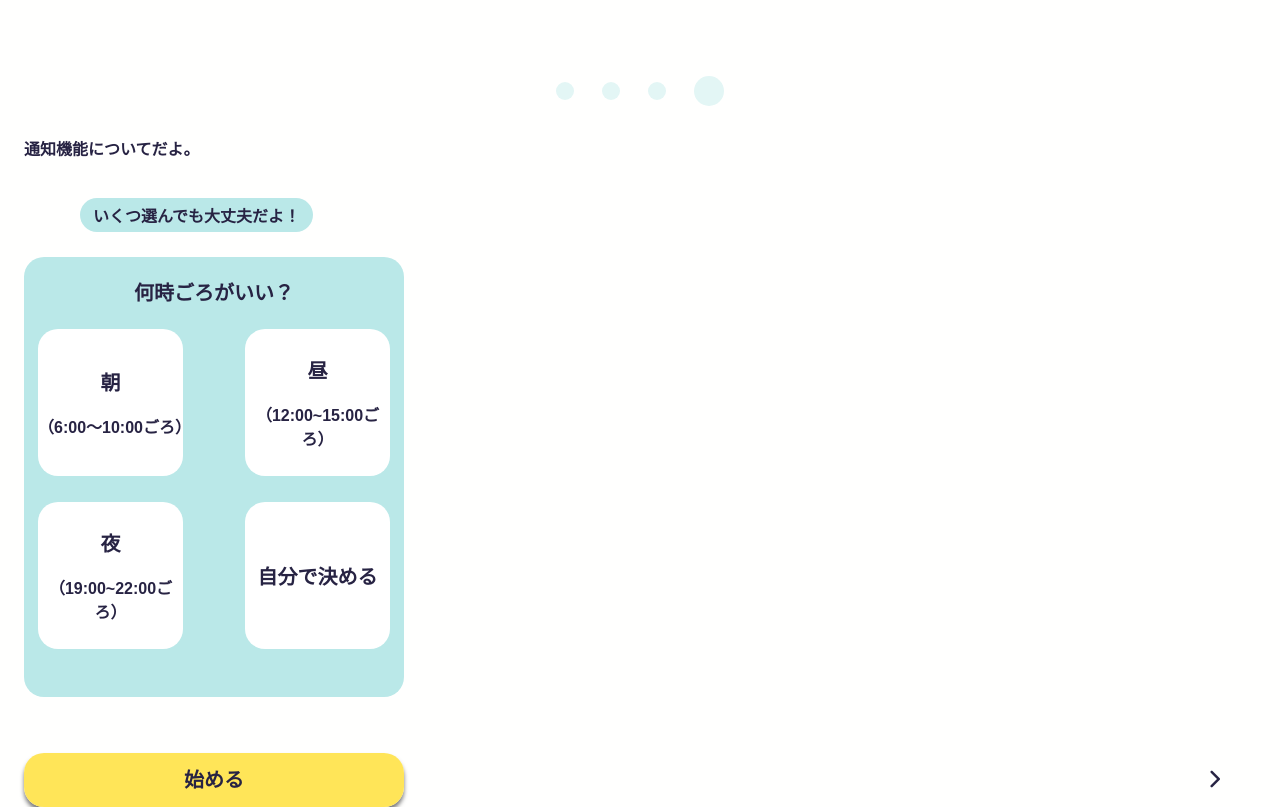
Repository: misaki0919/Self-care
Page: notice.html
An editor plug-in stored every save of this project. The page is shown before and after the next save, followed by the edit.
The browser window is 1280 px wide. The pictures show the whole page.
Some web fonts or font styles are not loaded; a fallback is used.

Above is the page before, as saved 2026-07-20 18:34:33.

### notice.html
<!DOCTYPE html>
<html lang="jp">
<head>
    <meta charset="UTF-8">
    <meta name="viewport" content="width=device-width, initial-scale=1.0">
    <title>通知画面</title>
    <link rel="stylesheet" href="css/ress.css">
    <link href="css/notice.css" rel="stylesheet">
    <link rel="preconnect" href="https://fonts.googleapis.com">
    <link rel="preconnect" href="https://fonts.gstatic.com" crossorigin>
    <link href="https://fonts.googleapis.com/css2?family=Archivo+Black&family=Noto+Serif+JP:wght@200..900&family=Zen+Maru+Gothic&display=swap" rel="stylesheet">

</head>
<body>
    <div class="circle_wrap">
        <div class="circle"></div>
        <div class="circle"></div>
        <div class="circle"></div>
        <div class="diffrent_circle"></div>
    </div>
    <p class="function zen-maru-gothic-regular">通知機能についてだよ。</p>
    <p class="choose zen-maru-gothic-regular">いくつ選んでも大丈夫だよ！</p>
    <div class="wrap">
        <p class="time zen-maru-gothic-regular">何時ごろがいい？</p>
        <ul class="zen-maru-gothic-regular">
            <li>
                <input type="checkbox" id="todo1">
                <label for="todo1">
                朝
                <span><br>（6:00〜10:00ごろ）</span>
                </label>
            </li>
            <li>
                <input type="checkbox" id="todo2">
                <label for="todo2">
                昼
                <span><br>（12:00~15:00ごろ）</span>
                </label>
            </li>
            <li>
                <input type="checkbox" id="todo3">
                <label for="todo3">
                夜
                <span><br>（19:00~22:00ごろ）</span>
                </label>
            </li>
            <li>
                <input type="checkbox" id="todo4">
                <label for="todo4">
                <a href="self.html">自分で決める</a>
                </label>
            </li>
        </ul>
    </div>
    <div class="images-wrap">
        <a href="home_page.html" class="next zen-maru-gothic-regular">始める</a>
        <img class="images" src="images/next.png" alt="画像">
    </div>
</body>
</html>

### css/ress.css
html{-webkit-text-size-adjust:100%;box-sizing:border-box;-moz-tab-size:4;tab-size:4;word-break:normal}*,:after,:before{background-repeat:no-repeat;box-sizing:inherit}:after,:before{text-decoration:inherit;vertical-align:inherit}*{margin:0;padding:0}hr{color:inherit;height:0;overflow:visible}details,main{display:block}summary{display:list-item}small{font-size:80%}[hidden]{display:none}abbr[title]{border-bottom:none;text-decoration:underline;text-decoration:underline dotted}a{background-color:transparent}a:active,a:hover{outline-width:0}code,kbd,pre,samp{font-family:monospace,monospace}pre{font-size:1em}b,strong{font-weight:bolder}sub,sup{font-size:75%;line-height:0;position:relative;vertical-align:baseline}sub{bottom:-.25em}sup{top:-.5em}table{border-color:inherit;text-indent:0}iframe{border-style:none}input{border-radius:0}[type=number]::-webkit-inner-spin-button,[type=number]::-webkit-outer-spin-button{height:auto}[type=search]{-webkit-appearance:textfield;outline-offset:-2px}[type=search]::-webkit-search-decoration{-webkit-appearance:none}textarea{overflow:auto;resize:vertical}button,input,optgroup,select,textarea{font:inherit}optgroup{font-weight:700}button{overflow:visible}button,select{text-transform:none}[role=button],[type=button],[type=reset],[type=submit],button{cursor:pointer}[type=button]::-moz-focus-inner,[type=reset]::-moz-focus-inner,[type=submit]::-moz-focus-inner,button::-moz-focus-inner{border-style:none;padding:0}[type=button]::-moz-focus-inner,[type=reset]::-moz-focus-inner,[type=submit]::-moz-focus-inner,button:-moz-focusring{outline:1px dotted ButtonText}[type=reset],[type=submit],button,html [type=button]{-webkit-appearance:button}button,input,select,textarea{background-color:transparent;border-style:none}a:focus,button:focus,input:focus,select:focus,textarea:focus{outline-width:0}select{-moz-appearance:none;-webkit-appearance:none}select::-ms-expand{display:none}select::-ms-value{color:currentColor}legend{border:0;color:inherit;display:table;max-width:100%;white-space:normal}::-webkit-file-upload-button{-webkit-appearance:button;color:inherit;font:inherit}[disabled]{cursor:default}img{border-style:none}progress{vertical-align:baseline}[aria-busy=true]{cursor:progress}[aria-controls]{cursor:pointer}[aria-disabled=true]{cursor:default}

### css/notice.css
body{
    background-color: #FFFFFE;
    color: #272343;
    /* padding-left: 24px;
    padding-right: 24px; */
}
.zen-maru-gothic-regular {
    font-family: "Zen Maru Gothic", sans-serif;
    font-weight: 600;
    font-style: normal;
}
.circle_wrap{
    display: flex;
    justify-content: center;
    margin-top: 76px;
    gap: 28px;
    align-items: center;
    .diffrent_circle{
        width: 30px;
        height: 30px;
        background-color: #E3F6F5;
        border-radius: 50%;

    }
    .circle{
        width: 18px;
        height: 18px;
        background-color: #E3F6F5;
        border-radius: 50%;
        text-align: center;

    }
}
.function{
    font-size: 16px;
    margin-top: 30px;
    margin-left: 24px;
}
.choose{
    font-size: 16px;
    background-color: #BAE8E8;
    border-radius: 20px;
    width: 233px;
    height: 34px;
    display: flex;
    justify-content: center;
    align-items: center;
    margin-left: 80px;
    margin-bottom: 25px;
    margin-top: 38px;
}
.wrap{
    background-color: #BAE8E8;
    width: 380px;
    height: 440px;
    margin: 0 24px;
    margin-bottom: 67px;
    border-radius: 20px;

    .time{
        /* background-color: tomato; */
        font-size: 20px;
        text-align: center;
        padding-top: 20px;
    }
        ul{
        display: flex;
        justify-content: space-between;
        flex-wrap: wrap;
        padding:0;
        gap: 26px 28px;
        margin-top: 23px;
        li{
            list-style: none;
            background-color: #FFFFFF;
            display: flex;
            justify-content: center;
            border-radius: 20px;
            width: 145px;
            height: 147px;
            font-size: 20px;
            justify-content: center;
            align-items: center;
            margin: 0 14px;
            a{
                text-decoration: none;
                color: #272343;
            }
            input{
                display: none;
            }
            label{
                width:100%;
                height:100%;
                display:flex;
                flex-direction:column;
                justify-content:center;
                align-items:center;
                text-align:center;
                cursor:pointer;
                border-radius:20px;
                span{
                    font-size: 16px;
                    top: 60px;
                }
            }

            input[type="checkbox"] + label{
            border: solid 1px tomato;
            border: none;
            width:145px;
            height: 147px;
            }
            input[type="checkbox"]:checked + label{
            border: solid 1px #FFE558;
            border-radius: 20px;
            }
        }
        }

}

images-wrap{
    position: relative;
}

.next{
    margin-left: 24px;
    font-size: 20px;
    background-color: #FFE558;
    border-radius: 20px;
    padding: 16px 160px;
    text-align: center;
    text-decoration: none;
    color: #272343;
    box-shadow: #7b7b7b 0px 4px 4px 0px;
}

.images{
    width: 30px;
    position: absolute;
    right: 20px;
    /* background-color: tomato; */
    margin-right: 30px;
}

After the next save:
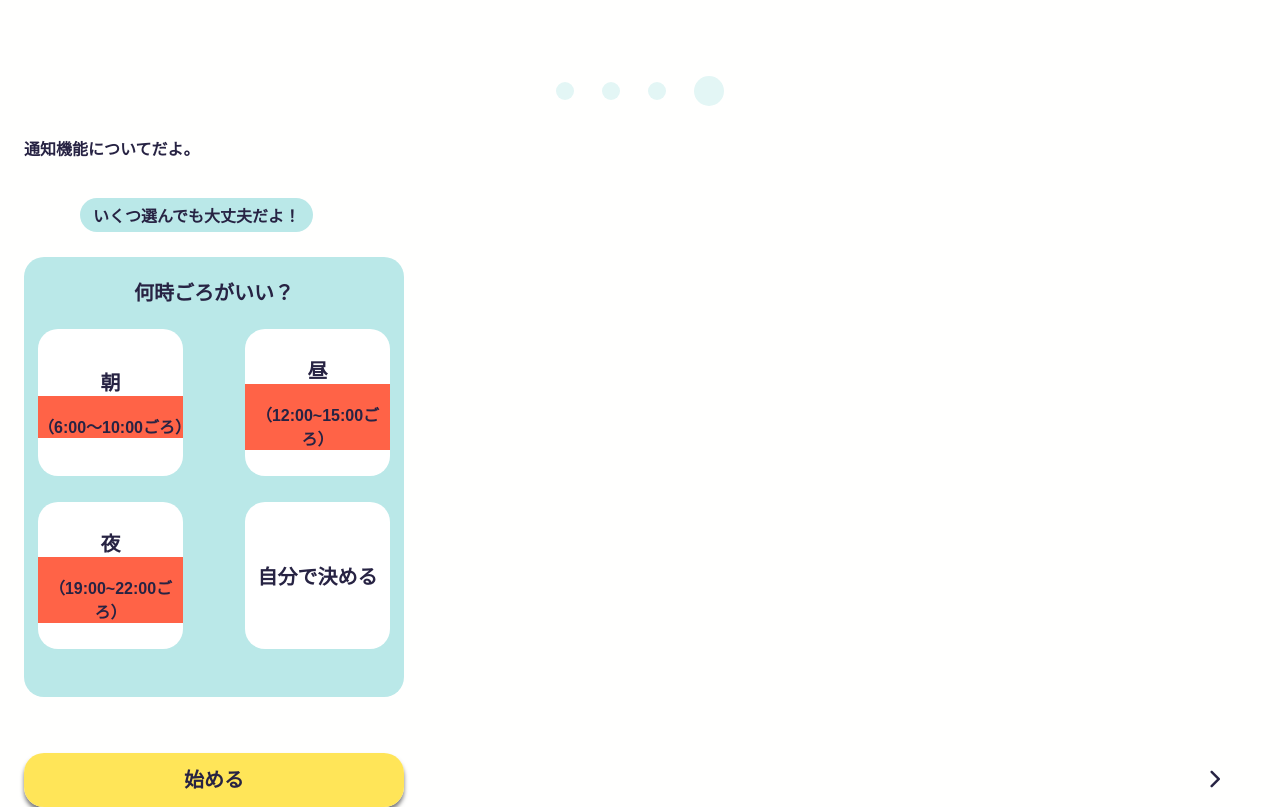
Saved 10 s later.
--- a/css/notice.css
+++ b/css/notice.css
@@ -101,7 +101,7 @@ body{
                 border-radius:20px;
                 span{
                     font-size: 16px;
-                    top: 60px;
+                    background-color: tomato;
                 }
             }
 
